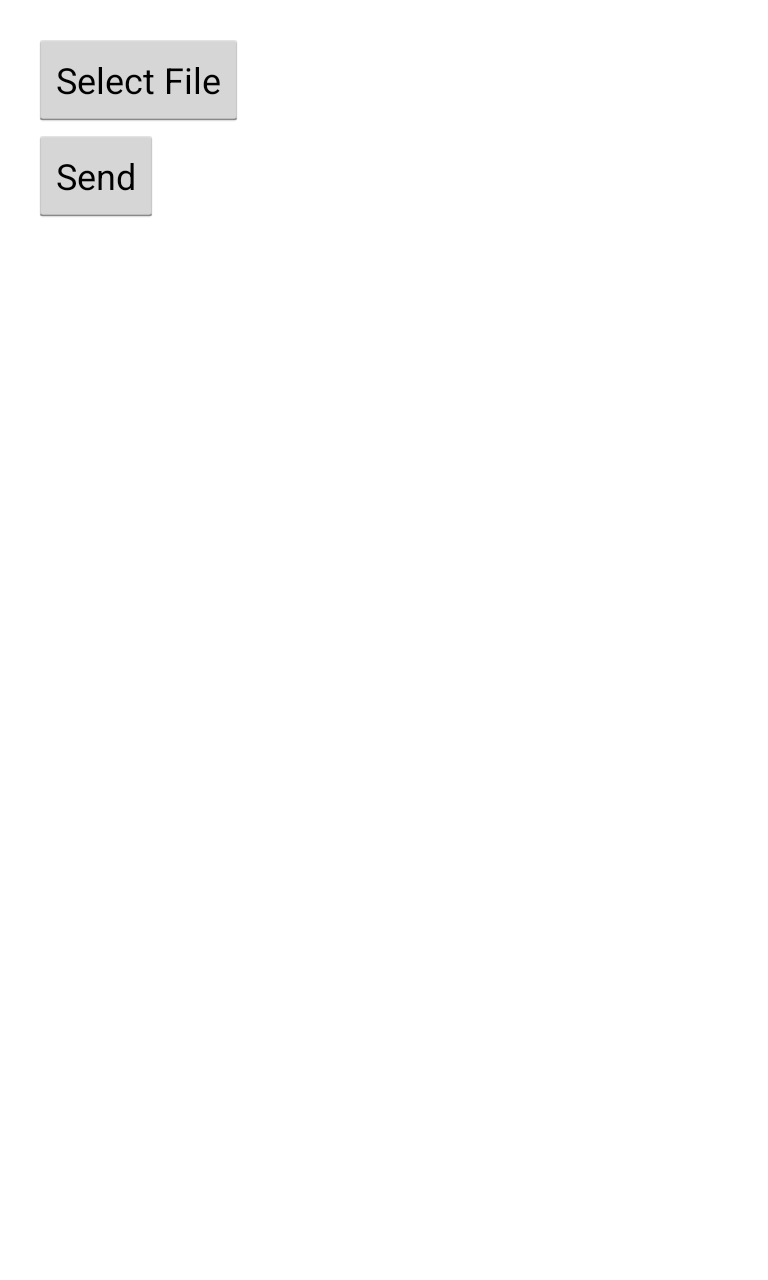
Repository: mossr/ocr_testing
Layout: sending_to_server/Photo2Server/res/layout/activity_main.xml
These files come from the project's save history. The layout is drawn as it stood at one moment and after the next save; the edit follows.
It is drawn on a 768 x 1280 px phone screen (xhdpi) without system bars, with theme AppTheme; the app's code is not run.

Above is the layout before, as saved 2014-01-15 03:08:56.

### sending_to_server/Photo2Server/res/layout/activity_main.xml
<RelativeLayout xmlns:android="http://schemas.android.com/apk/res/android"
    xmlns:tools="http://schemas.android.com/tools"
    android:layout_width="wrap_content"
    android:layout_height="wrap_content"
    android:paddingBottom="@dimen/activity_vertical_margin"
    android:paddingLeft="@dimen/activity_horizontal_margin"
    android:paddingRight="@dimen/activity_horizontal_margin"
    android:paddingTop="@dimen/activity_vertical_margin"
    tools:context=".MainActivity" >

    <TextView
        android:id="@+id/textView1"
        android:layout_height="wrap_content"
        android:layout_width="wrap_content" />

    <Button
        android:id="@+id/button1"
        android:layout_gravity="center"
        android:layout_height="wrap_content"
        android:layout_width="wrap_content"
        android:text="Select File" />

    <Button
        android:id="@+id/button2"
        android:layout_gravity="center"
        android:layout_height="wrap_content"
        android:layout_width="wrap_content"
        android:layout_below="@id/button1"
        android:text="Send" />


</RelativeLayout>

Loaded but not shown: sending_to_server/Photo2Server/res/values/styles.xml (common file); sending_to_server/Photo2Server/res/values-v11/styles.xml (common file); sending_to_server/Photo2Server/res/values-v14/styles.xml (common file); sending_to_server/Photo2Server/res/values/dimens.xml (common file)

After the next save:
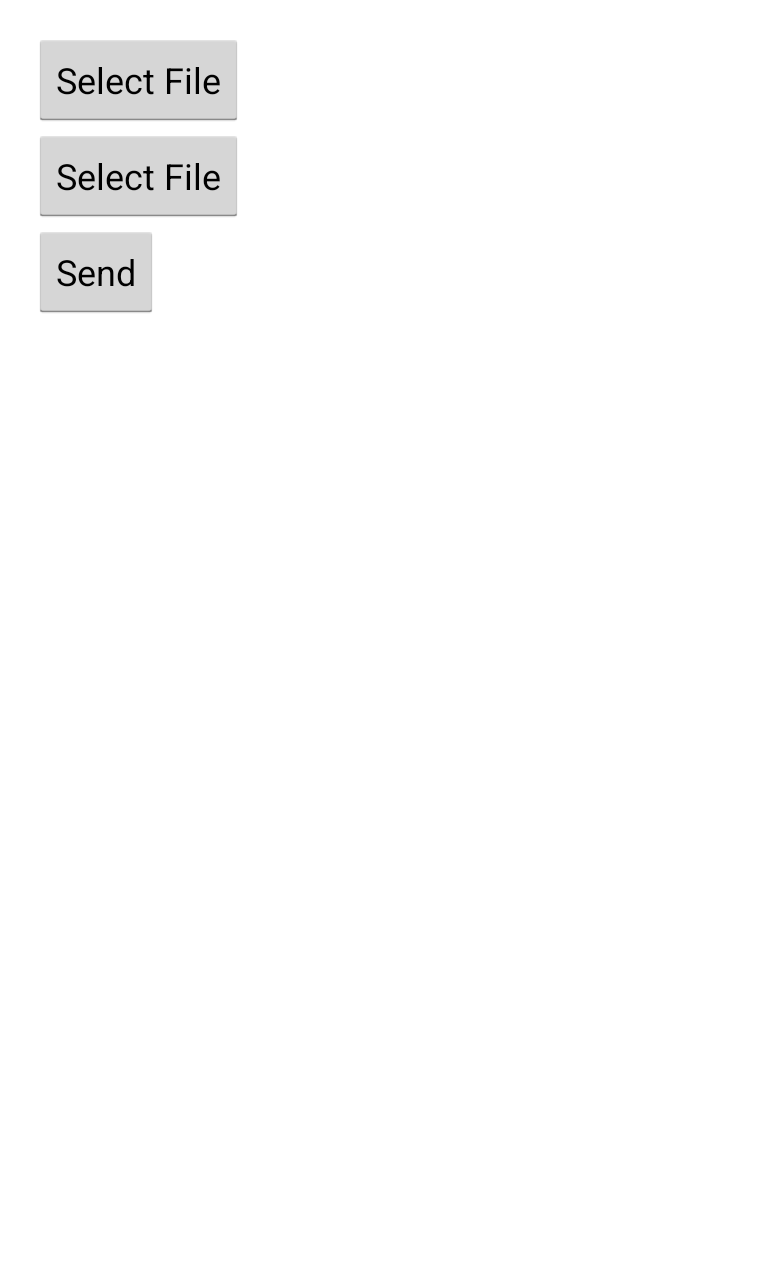
Saved 2 min 56 s later.
--- a/sending_to_server/Photo2Server/res/layout/activity_main.xml
+++ b/sending_to_server/Photo2Server/res/layout/activity_main.xml
@@ -26,6 +26,14 @@
         android:layout_height="wrap_content"
         android:layout_width="wrap_content"
         android:layout_below="@id/button1"
+        android:text="Select File" />
+
+    <Button
+        android:id="@+id/button3"
+        android:layout_gravity="center"
+        android:layout_height="wrap_content"
+        android:layout_width="wrap_content"
+        android:layout_below="@id/button2"
         android:text="Send" />
 
 
